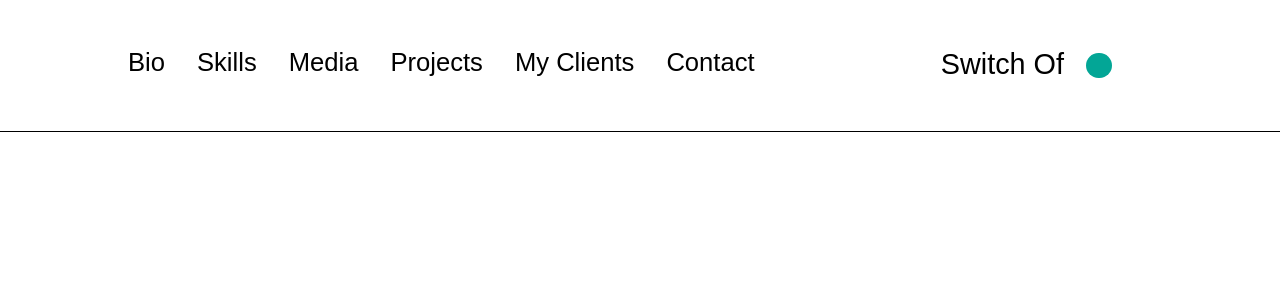
Repository: Eslam0Mohamed/portfolio
Page: index.html
An editor plug-in stored every save of this project. The page is shown before and after the next save, followed by the edit.
The browser window is 1280 px wide. The pictures show the whole page.
The first `.toggle__checkbox` is checked.

Above is the page before, as saved 2024-07-13 17:04:46.

After the next save:
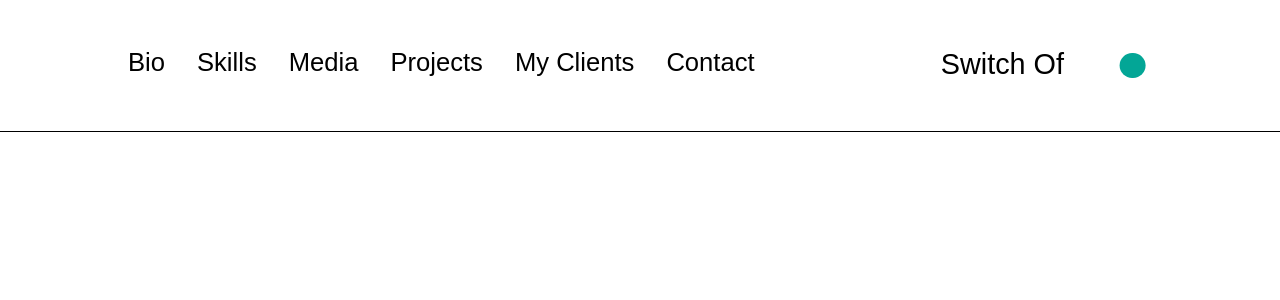
Saved 4 s later.
--- a/css/style.css
+++ b/css/style.css
@@ -147,7 +147,7 @@ display: block;
 }
 .toggle__checkbox:checked + .toggle__label::after{
     background-color: var(--color-green);
-    transform: translateX();
+    transform: translateX(2.1rem);
 }
 
 /* End toggle  */
